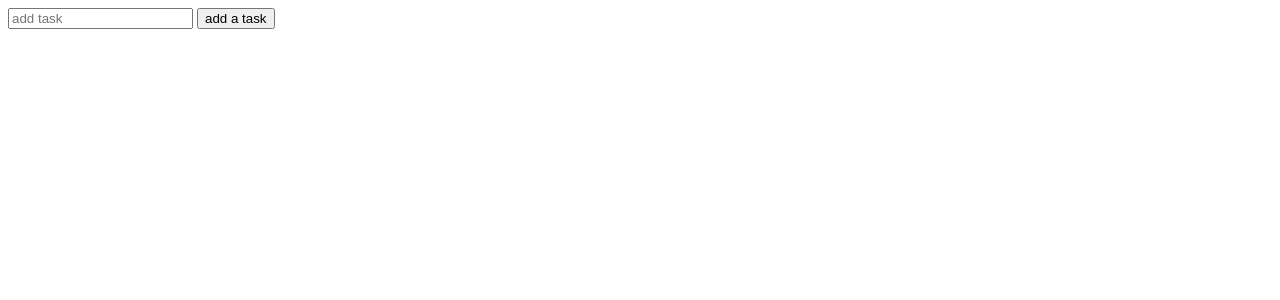
Repository: tanayburbure/Todo-application
Page: index.html
These files come from the project's save history. The page is drawn as it stood at one moment and after the next save; the edit follows.
The browser window is 1280 px wide. The pictures show the whole page.

Above is the page before, as saved 2025-10-21 16:17:07.

### index.html
<!-- <!DOCTYPE html>
<html lang="en">
<head>
    <meta charset="UTF-8">
    <meta name="viewport" content="width=device-width, initial-scale=1.0">
    <title>Document</title>
</head>
<body>
    <h1>ToDo List</h1>
    <h4>1. Take class</h4>
    <h4>2. Go To The Gym</h4>
    <button onclick="deleterandometodo()" >delete Todo</button>
    <div>
        <input id="todo-input" type="text" placeholder="Add a task"/>
        <button onclick="addTodo()">Add ToDo</button>
    </div>
    <script>
        function addTodo(){
            const inputElement = document.querySelector("input")
            const value = inputElement.value;
            console.log(value)
        }
    </script>
    <script src="script.js"></script>
</body>
</html> -->
<!DOCTYPE html>
<html lang="en">
<head>
    <meta charset="UTF-8">
    <meta name="viewport" content="width=device-width, initial-scale=1.0">
    <title>Document</title>
</head>
<body>
    <input type="text" placeholder="add task"/>
    <button onclick="addtodo()" >add a task</button>
</body>
</html>

### script.js
let ctr = 0;
function callback(){
    // document.querySelectorAll("h4")[1].innerHTML = ctr;
    const el = document.querySelectorAll("h4")[1];
    el.innerHTML = ctr;
    ctr = ctr + 1;
}
// setInterval(callback,1000)

function deleterandometodo(){
    const element = document.querySelector("h4");
    const parentelement = element.parentElement;
    parentelement.removeChild(element)
}

function addTodo(){
    const divEL = document.createElement("div");
    divEL.innerHTML = "Hiiiiiiiiiiiii thereeeeeeee";
    const parentEL = document.querySelector("body");
    parentEL.appendChild(divEL);
}

After the next save:
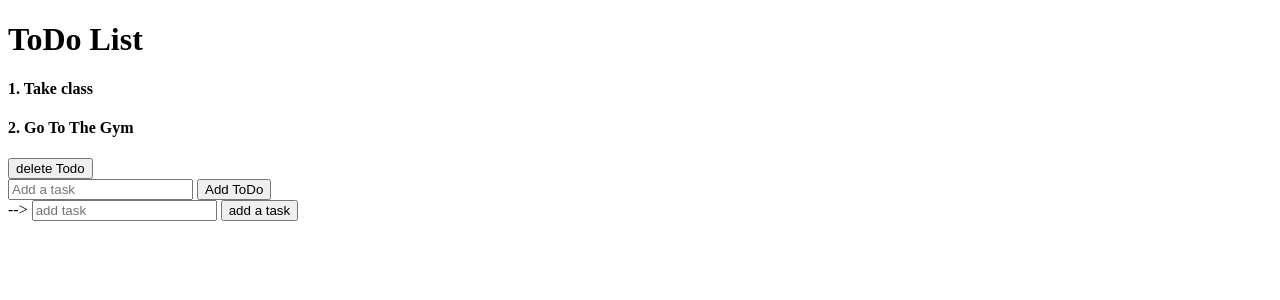
Saved 26 s later.
--- a/index.html
+++ b/index.html
@@ -1,4 +1,4 @@
-<!-- <!DOCTYPE html>
+<!DOCTYPE html>
 <html lang="en">
 <head>
     <meta charset="UTF-8">

After the save that followed:
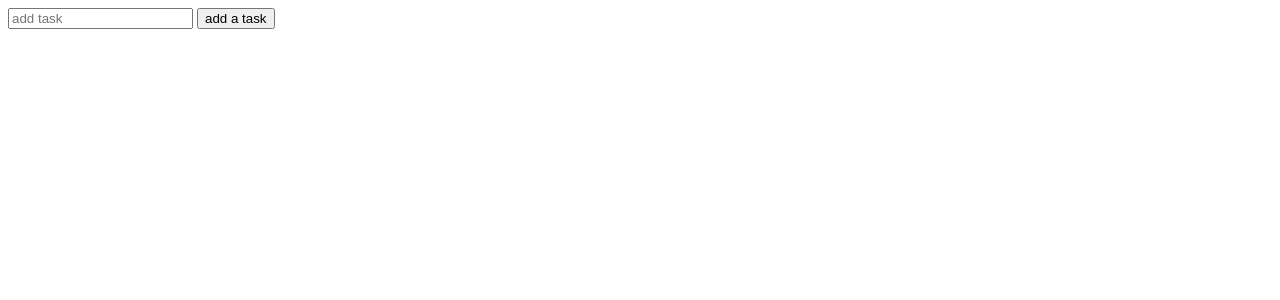
Saved 7 s later.
--- a/index.html
+++ b/index.html
@@ -1,29 +1,4 @@
-<!DOCTYPE html>
-<html lang="en">
-<head>
-    <meta charset="UTF-8">
-    <meta name="viewport" content="width=device-width, initial-scale=1.0">
-    <title>Document</title>
-</head>
-<body>
-    <h1>ToDo List</h1>
-    <h4>1. Take class</h4>
-    <h4>2. Go To The Gym</h4>
-    <button onclick="deleterandometodo()" >delete Todo</button>
-    <div>
-        <input id="todo-input" type="text" placeholder="Add a task"/>
-        <button onclick="addTodo()">Add ToDo</button>
-    </div>
-    <script>
-        function addTodo(){
-            const inputElement = document.querySelector("input")
-            const value = inputElement.value;
-            console.log(value)
-        }
-    </script>
-    <script src="script.js"></script>
-</body>
-</html> -->
+
 <!DOCTYPE html>
 <html lang="en">
 <head>
